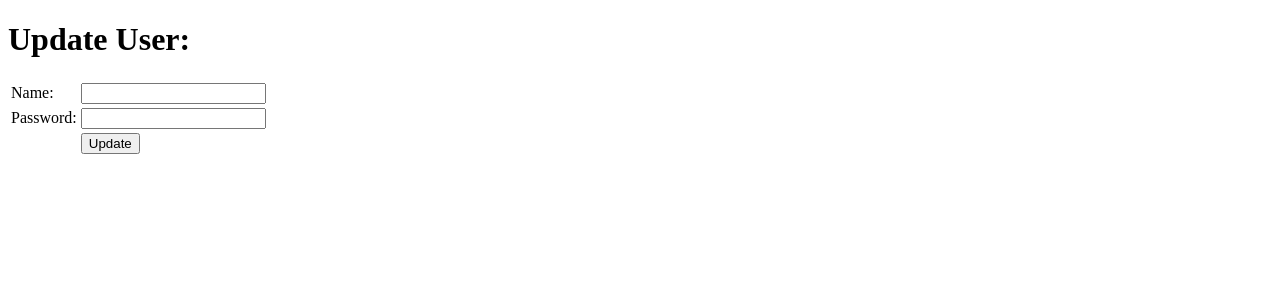
Repository: kirankumarrr/javaServlet
Page: UserApp/WebContent/deleteUser.html
The author's editor kept a copy of each file at every save. The page is drawn from the files as they stood at one save, then again after the next save.
The browser window is 1280 px wide. The pictures show the whole page.

Above is the page before, as saved 2019-06-05 05:27:39.

### UserApp/WebContent/deleteUser.html
<!DOCTYPE html>
<html>
<head>
<meta charset="UTF-8">
<title>Update User</title>
</head>
<body>
	<h1>Update User:</h1>
	<form method="post" action="updateServlet">
		<table>
			<tr>
				<td>Name:</td>
				<td><input name="name" /></td>
			</tr>

			<tr>
				<td>Password:</td>
				<td><input name="password" type="password" /></td>
			</tr>
			<tr>
				<td />
				<td><input type="submit" value="Update" /></td>
		</table>
	</form>
</body>
</html>

After the next save:
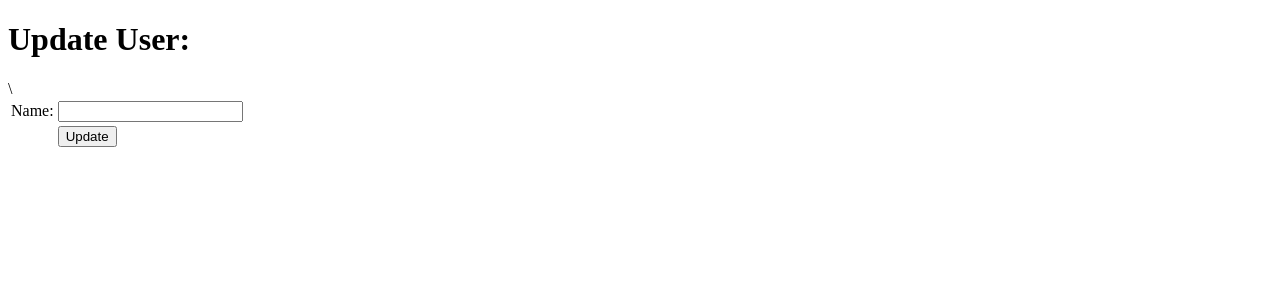
Saved 5 s later.
--- a/UserApp/WebContent/deleteUser.html
+++ b/UserApp/WebContent/deleteUser.html
@@ -11,12 +11,7 @@
 			<tr>
 				<td>Name:</td>
 				<td><input name="name" /></td>
-			</tr>
-
-			<tr>
-				<td>Password:</td>
-				<td><input name="password" type="password" /></td>
-			</tr>
+			</tr>\
 			<tr>
 				<td />
 				<td><input type="submit" value="Update" /></td>
